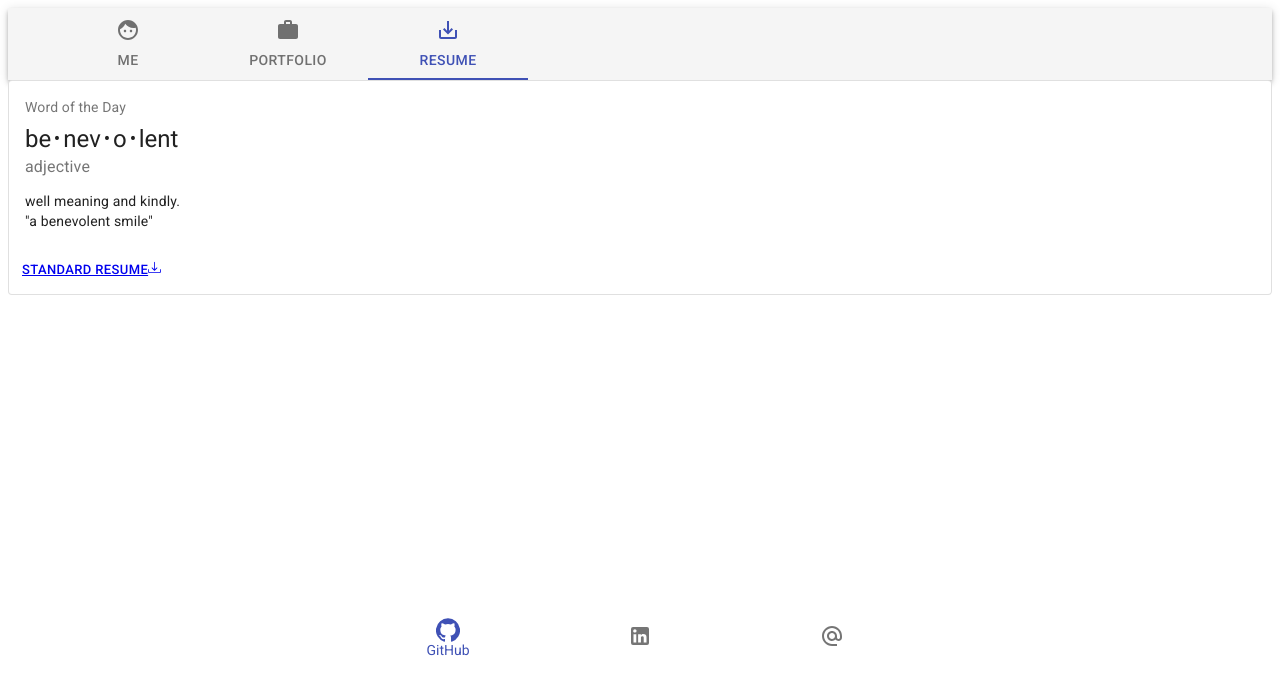
Repository: mandahos/hoshor
Page: /, after clicking the first element matching `#scrollable-force-tab-2`
An editor plug-in stored every save of this project. The page is shown before and after the next save, followed by the edit.
The browser window is 1280 px wide. The pictures show the whole page.
The project was rebuilt for these pictures with package versions that can differ from the ones it lists, and the page was loaded fresh each time. Also part of the build but not shown: src/components/Portfolio/index.js. Imported but missing from the stored project, and not drawn on this page: src/assets/resume/Amanda_Hoshor_Resume.PDF, src/assets/resume/Resume_Hoshor (1).pdf.

Above is the page before, as saved 2021-08-19 22:59:21.

After the next save:
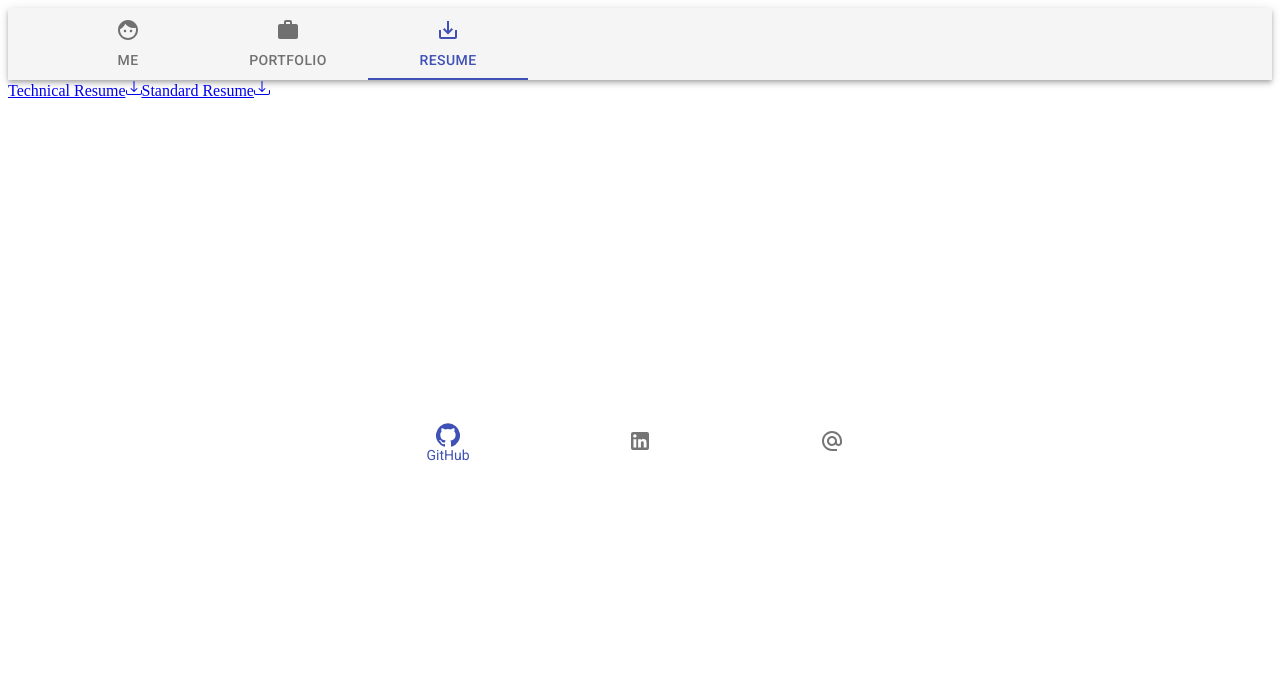
Saved 34 s later.
--- a/src/components/Resume/index.js
+++ b/src/components/Resume/index.js
@@ -1,67 +1,7 @@
 import React from 'react';
 import { BsDownload } from 'react-icons/bs';
-
-import { makeStyles } from '@material-ui/core/styles';
-import Card from '@material-ui/core/Card';
-import CardActions from '@material-ui/core/CardActions';
-import CardContent from '@material-ui/core/CardContent';
-import Button from '@material-ui/core/Button';
-import Typography from '@material-ui/core/Typography';
-
 import technical from '../../assets/resume/Amanda_Hoshor_Resume.PDF';
 import resume from '../../assets/resume/Resume_Hoshor (1).pdf'
-
-const useStyles = makeStyles({
-    root: {
-      minWidth: 275,
-    },
-    bullet: {
-      display: 'inline-block',
-      margin: '0 2px',
-      transform: 'scale(0.8)',
-    },
-    title: {
-      fontSize: 14,
-    },
-    pos: {
-      marginBottom: 12,
-    },
-  });
-
-  export default function OutlinedCard() {
-    const classes = useStyles();
-    const bull = <span className={classes.bullet}>•</span>;
-
-    return (
-      <Card className={classes.root} variant="outlined">
-        <CardContent>
-          <Typography className={classes.title} color="textSecondary" gutterBottom>
-            Word of the Day
-          </Typography>
-          <Typography variant="h5" component="h2">
-            be{bull}nev{bull}o{bull}lent
-          </Typography>
-          <Typography className={classes.pos} color="textSecondary">
-            adjective
-          </Typography>
-          <Typography variant="body2" component="p">
-            well meaning and kindly.
-            <br />
-            {'"a benevolent smile"'}
-          </Typography>
-        </CardContent>
-        <CardActions>
-          <Button size="small">
-          <a href={resume} download="Resume_Hoshor.pdf" className="flex flex-row items-center mx-auto p-4 resume text-2xl rounded-lg">
-            Standard Resume
-            <BsDownload className="ml-2"/>
-        </a>
-          </Button>
-        </CardActions>
-      </Card>
-    );
-  }
-
 
 function Resume() {
     return(
@@ -77,3 +17,5 @@ function Resume() {
     </div>
     );
 }
+
+export default Resume;
